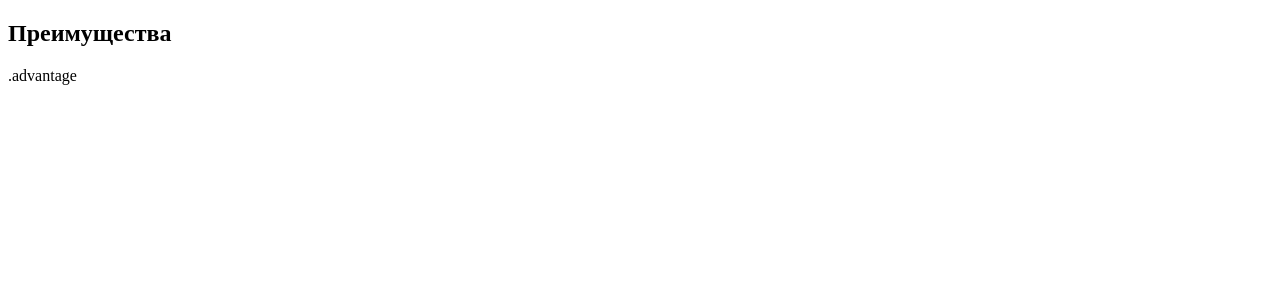
Repository: Azimich/Cleaning_
Page: src/pages/Cleaning/advantage/advantage.html
An editor plug-in stored every save of this project. The page is shown before and after the next save, followed by the edit.
The browser window is 1280 px wide. The pictures show the whole page.

Above is the page before, as saved 2022-10-19 19:24:20.

After the next save:
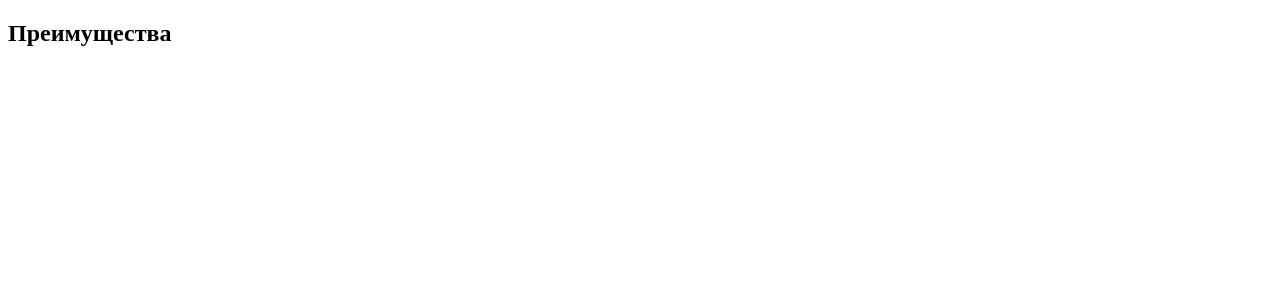
Saved 6 s later.
--- a/src/pages/Cleaning/advantage/advantage.html
+++ b/src/pages/Cleaning/advantage/advantage.html
@@ -7,7 +7,9 @@
         <h1 class="title">Преимущества</h1>
         <span class="right__line"></span>
       </div>
-      .advantage
+      <div class="advantage__items">
+
+      </div>
     </div>
   </div>
 </section>

After the save that followed:
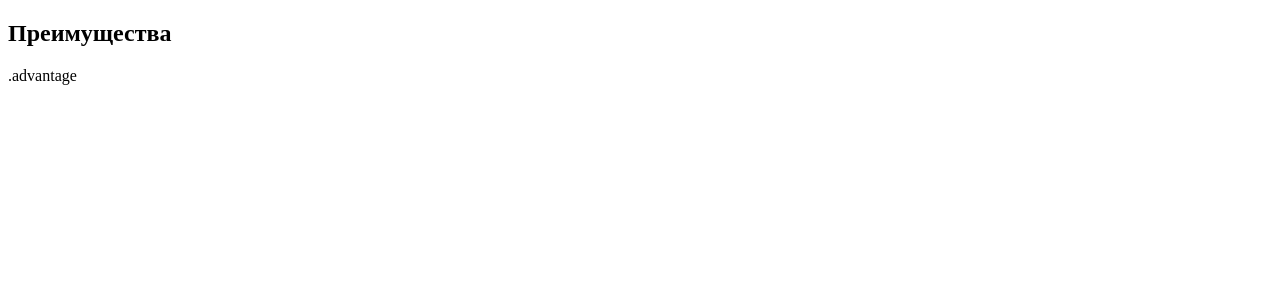
Saved 14 s later.
--- a/src/pages/Cleaning/advantage/advantage.html
+++ b/src/pages/Cleaning/advantage/advantage.html
@@ -8,7 +8,7 @@
         <span class="right__line"></span>
       </div>
       <div class="advantage__items">
-
+        .advantage
       </div>
     </div>
   </div>
